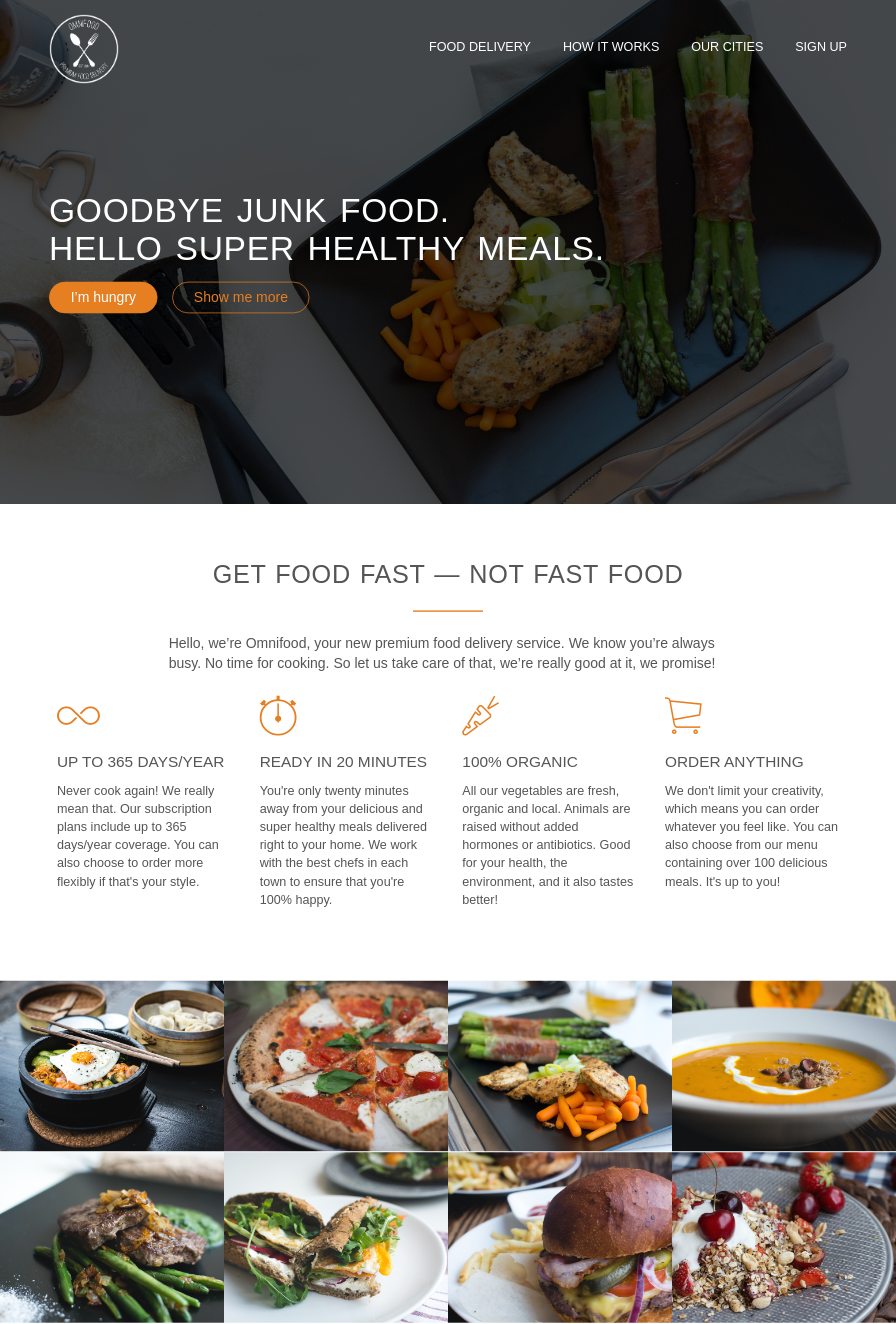
Repository: pboi18/E-Foods
Page: index.html
The author's editor kept a copy of each file at every save. The page is drawn from the files as they stood at one save, then again after the next save.
The browser window is 1280 px wide. The pictures show the whole page, at 70% of full size.

Above is the page before, as saved 2020-07-10 14:16:03.

After the next save:
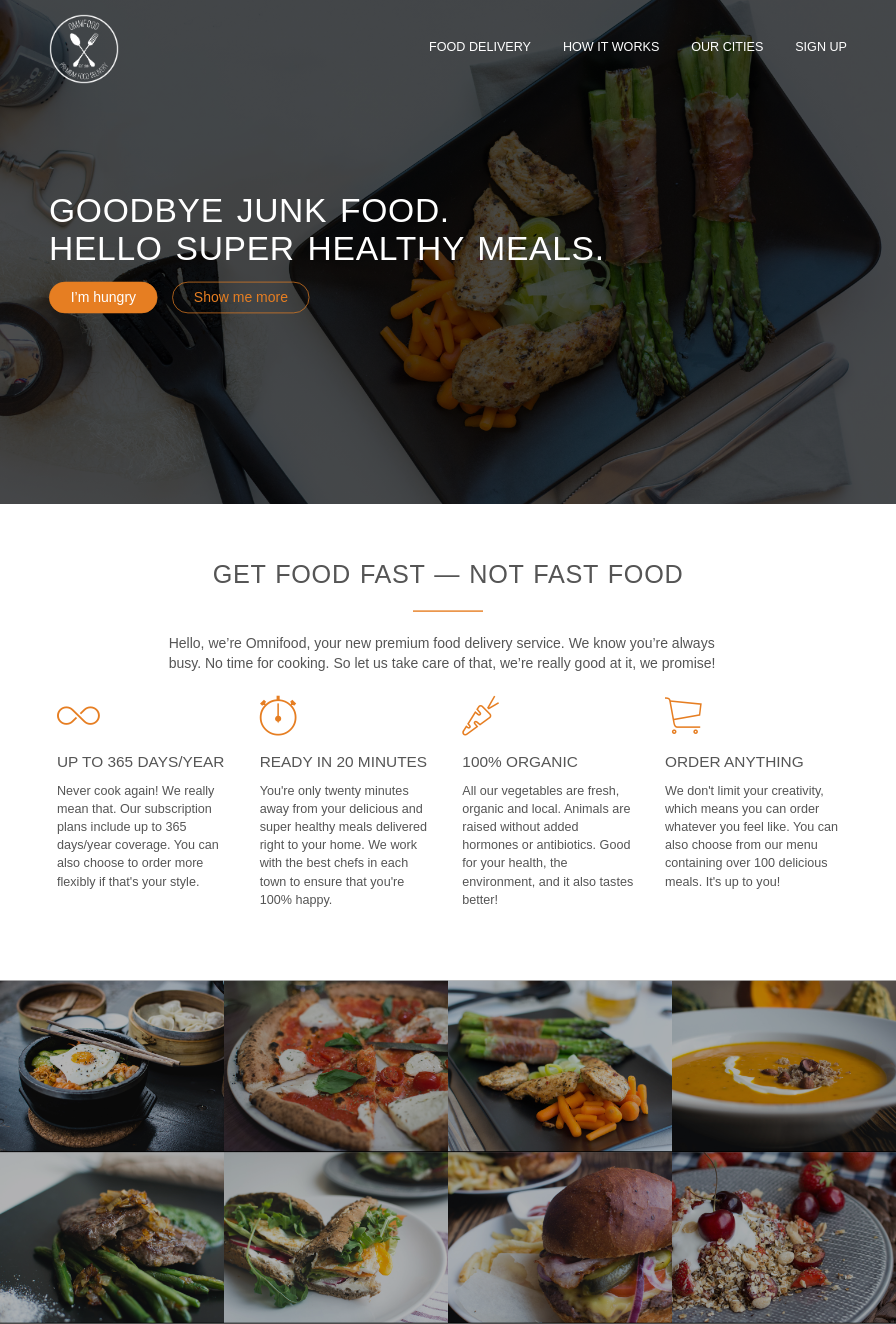
Saved 29 s later.
--- a/resources/css/style.css
+++ b/resources/css/style.css
@@ -235,14 +235,14 @@ header {
     width: 100%;
     margin: 0;
     overflow: hidden;
+    background-color:#000;
 }
 
 .meal-photo img {
     width: 100%;
     height: auto;
     transform: scale(1.03);
-    /* opacity: 0.7; */
-    background-color:#000;
+    opacity: 0.7;
 }
 
 
